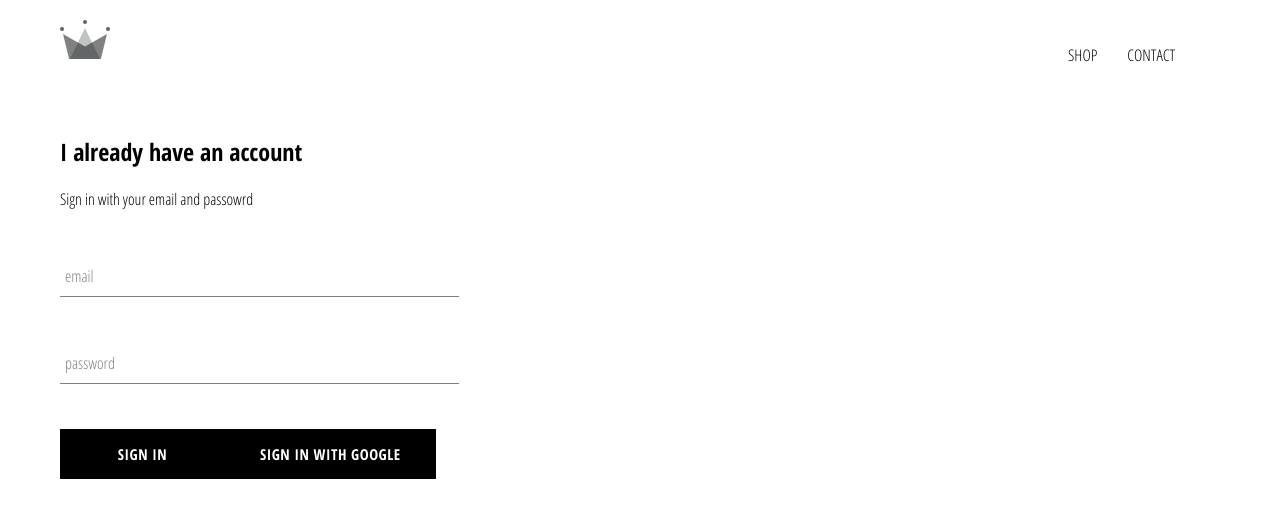
Repository: yurirech/crwn-clothing
Page: /signin
These files come from the project's save history. The page is drawn as it stood at one moment and after the next save; the edit follows.
The browser window is 1280 px wide. The pictures show the whole page.
The project was rebuilt for these pictures with package versions that can differ from the ones it lists, and the page was loaded fresh each time. Also part of the build but not shown: src/pages/homepage/homepage.style.scss, src/components/directory/directory.styles.scss, src/components/menu-item/menu-item.styles.scss, src/components/menu-item/menu-item.component.jsx, src/components/directory/directory.component.jsx, src/pages/homepage/homepage.component.jsx, src/pages/shop/shop.data.js, src/components/collection-preview/collection-preview.styles.scss and 4 more.

Above is the page before, as saved 2020-05-28 08:39:20.

After the next save:
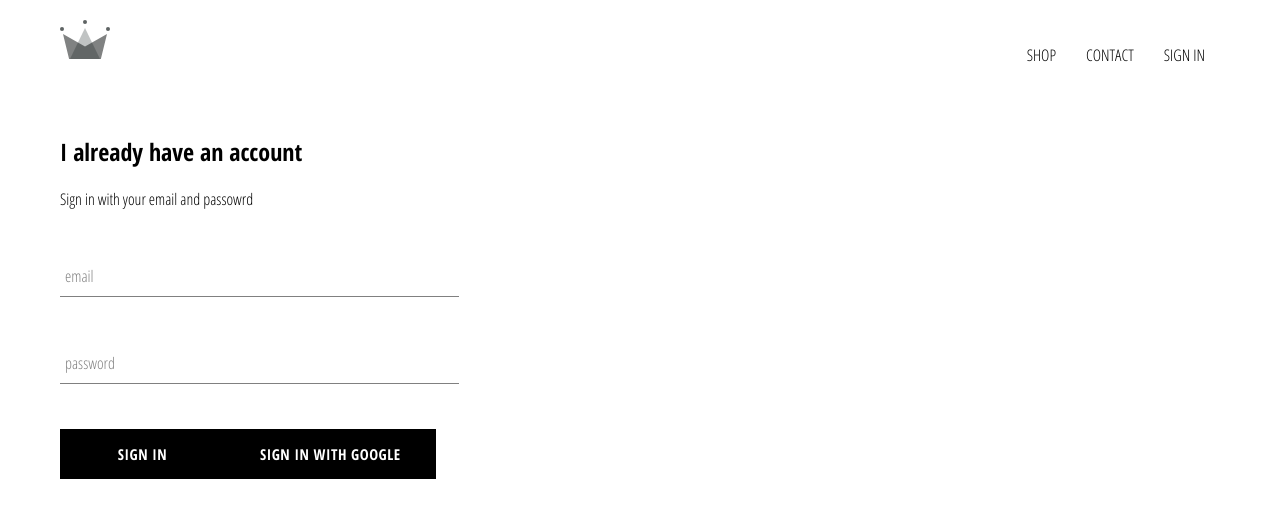
Saved 7 s later.
--- a/src/components/header/header.component.jsx
+++ b/src/components/header/header.component.jsx
@@ -27,7 +27,7 @@ const Header = ({currentUser}) => (
           </div>
         ) : (
           <Link className="option" to='/signin'>
-
+            SIGN IN
           </Link>
         )
       }
